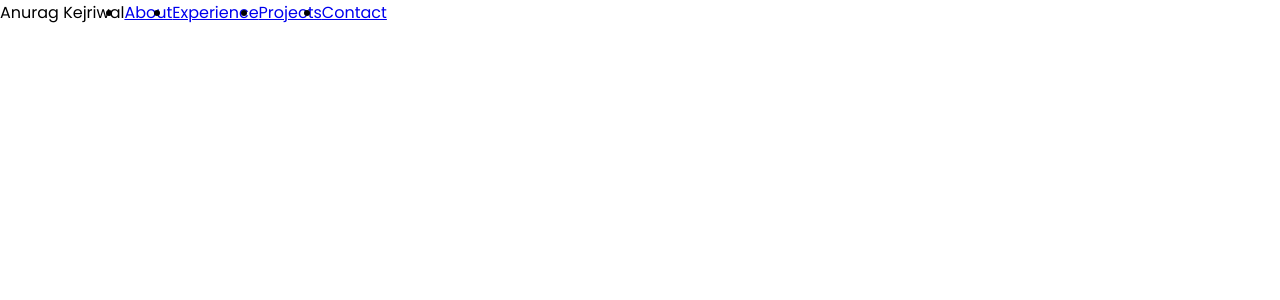
Repository: anuragkej/OldPortfolio
Page: index.html
The author's editor kept a copy of each file at every save. The page is drawn from the files as they stood at one save, then again after the next save.
The browser window is 1280 px wide. The pictures show the whole page.

Above is the page before, as saved 2024-05-25 20:17:24.

### index.html
<!DOCTYPE html>
<html lang="en">
<head>
    <meta charset="UTF-8">
    <meta name="viewport" content="width=device-width, initial-scale=1.0">
    <title>Personal Portfolio</title>
    <link rel="stylesheet" href="style.css">
    <link rel="stylesheet" href="mediaqueries.css">
</head>
<body>
    <nav id="desktop-nav">
        <div class="logo">Anurag Kejriwal</div>
        <div>
            <ul class="nav-links">
                <li><a href="#about">About</a></li>
                <li><a href="#experience">Experience</a></li>
                <li><a href="#projects">Projects</a></li>
                <li><a href="#contact">Contact</a></li>
            </ul>
        </div>
    </nav>
    <script src="script.js"></script>

</body>
</html>

### style.css
/* General */

@import url('https://fonts.googleapis.com/css2?family=Poppins:wght@300;400;500;600&display=swap');
*{
    margin: 0;
    padding: 0;
}

body{
    font-family: "Poppins", sans-serif;
}

html{
    scroll-behavior: smooth;
}

p{
    color: rgb(85, 85, 85);
}

/* Transition */
/* all the links, with button*/

a,
.btn{
    transition: all 300ms ease;
}

/*Desktop navigation */

nav, .nav-links {
    display: flex;
}

Loaded but not shown: mediaqueries.css (no copy from this time; the picture is the same without it); script.js (no copy from this time; the picture is the same without it)

After the next save:
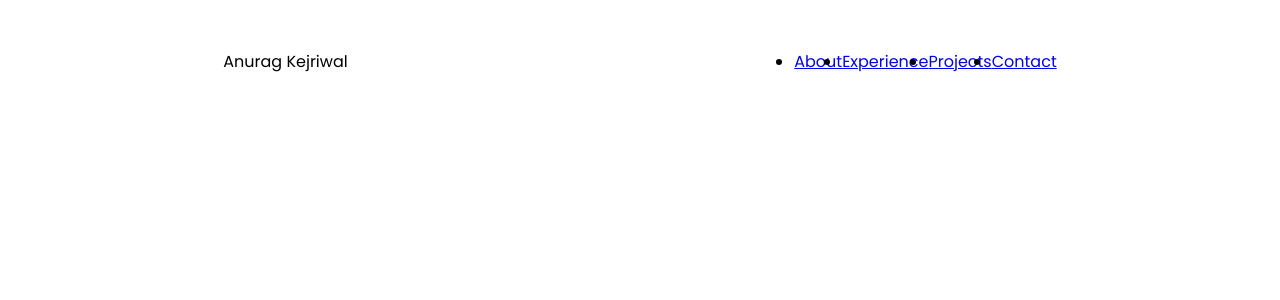
Saved 44 s later.
--- a/style.css
+++ b/style.css
@@ -31,3 +31,9 @@
 nav, .nav-links {
     display: flex;
 }
+
+nav{
+    justify-content: space-around;
+    align-items: center;
+    height: 17vh;
+}
